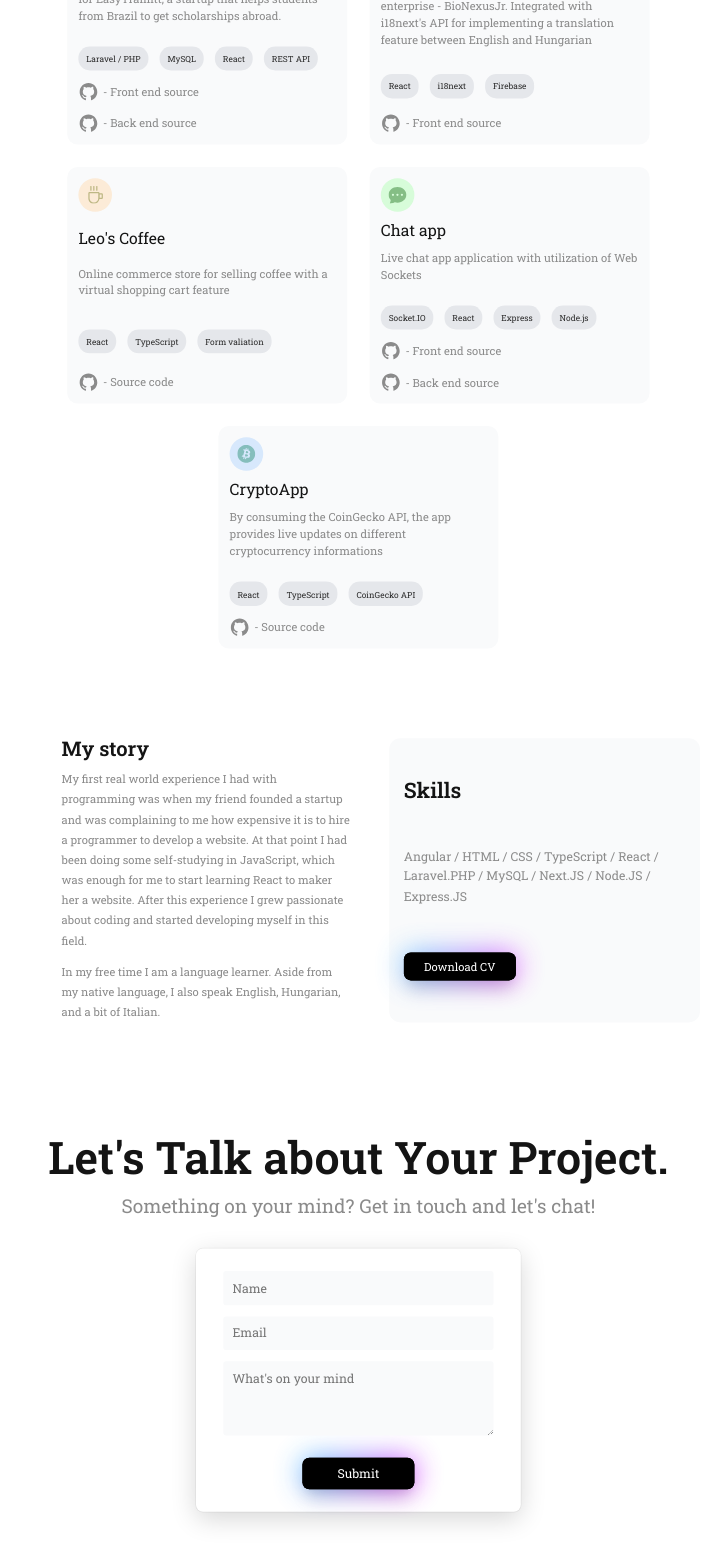
Repository: Leoka2000/portfolio-final
Page: /
An editor plug-in stored every save of this project. The page is shown before and after the next save, followed by the edit.
The browser window is 1024 px wide. The pictures show the part of the page from y = 1361 to 3601 px (the page is 3601 px tall), at 70% of full size.
Some web fonts or font styles are not loaded; a fallback is used. The project was rebuilt for these pictures with package versions that can differ from the ones it lists, and the page was loaded fresh each time. Some packages were replaced by stand-ins written for this rebuild. Also part of the build but not shown: src/App.css. Imported but missing from the stored project, and not drawn on this page: src/assets/BioNexus.mp4, src/assets/LeoCV.pdf, src/assets/ScholarSearch.mp4, src/assets/chat-app.mp4.

Above is the page before, as saved 2023-09-27 14:22:48.

After the next save:
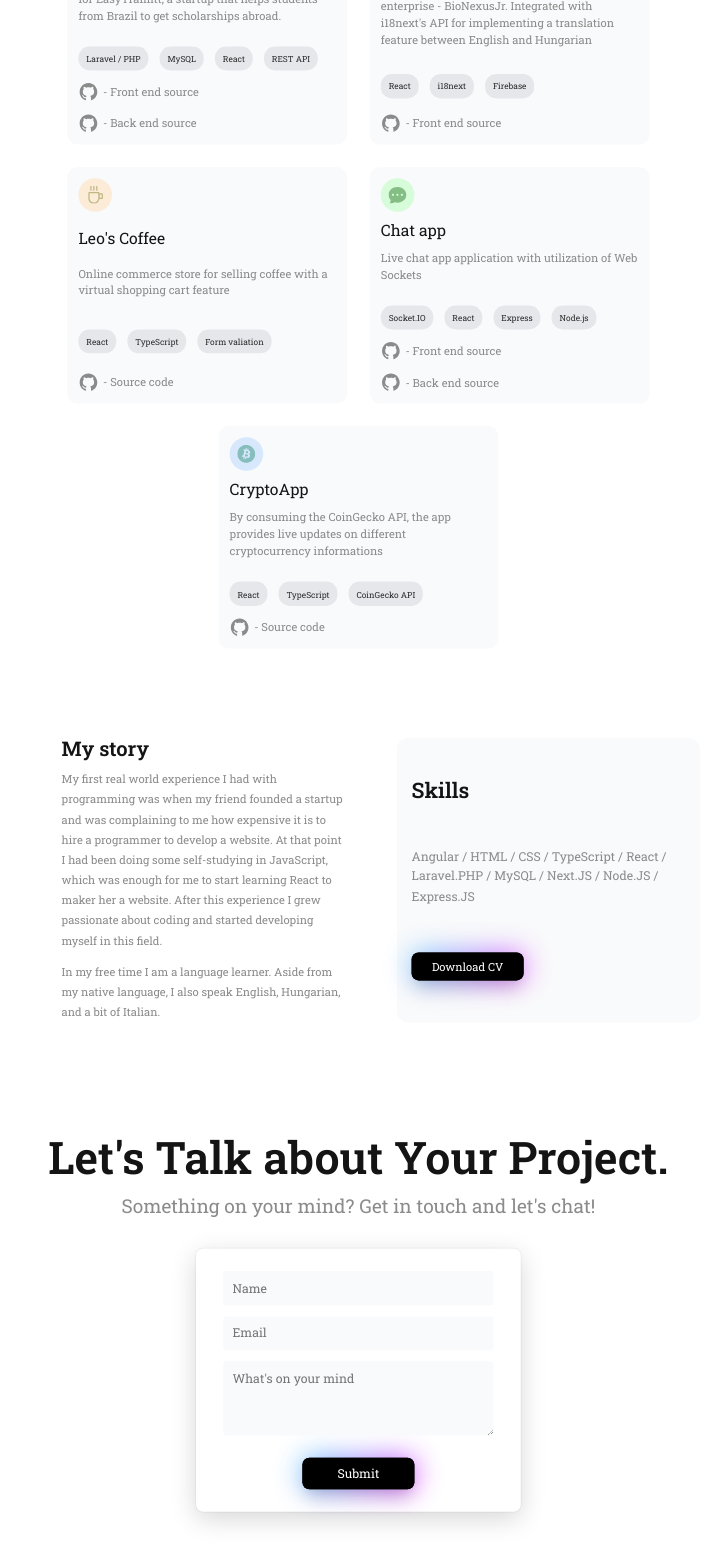
Saved 51 s later.
--- a/src/pages/main/about/about.css
+++ b/src/pages/main/about/about.css
@@ -121,6 +121,7 @@ color: black;
     .left {
         width: 40rem;
         padding-left: 1.5rem;
+        padding-right: 1.5rem;
     }
 }
 
